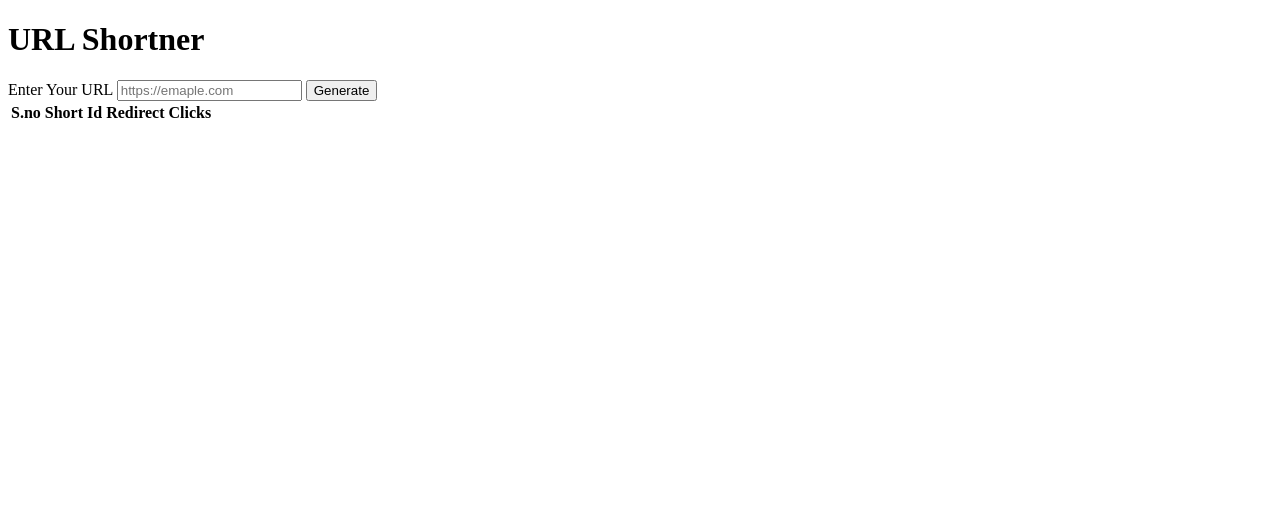
Repository: Mohitkumar1322/URL-Shortner
Page: http://localhost/test
An editor plug-in stored every save of this project. The page is shown before and after the next save, followed by the edit.
The browser window is 1280 px wide. The pictures show the whole page.
The page is served by the project's Node server (index.js). Queries for data that is not in the repository find no rows.

Above is the page before, as saved 2024-07-14 22:27:07.

After the next save:
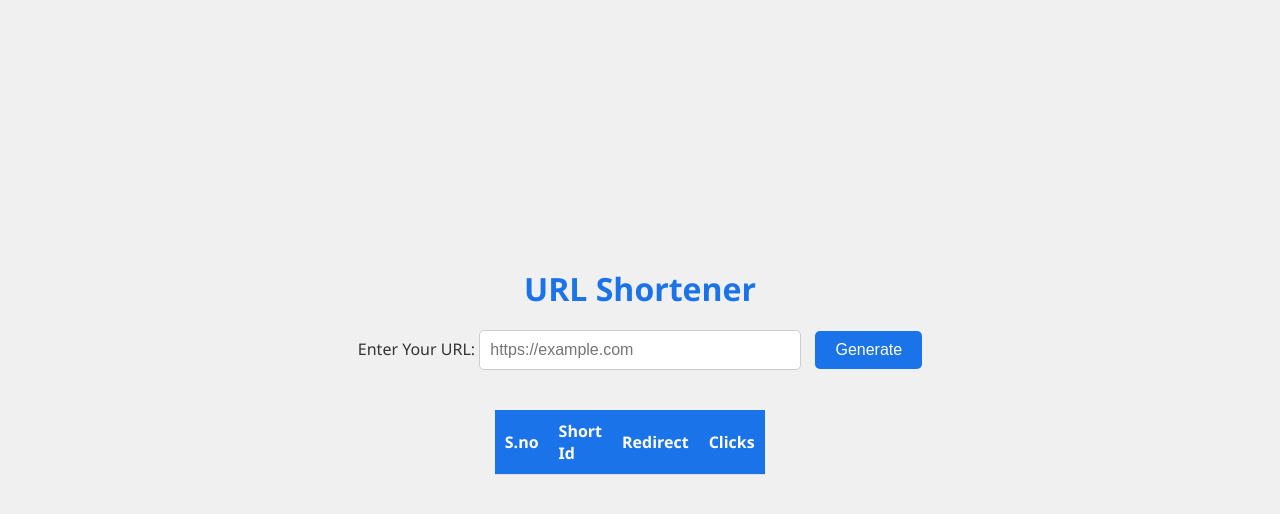
Saved 4 min 37 s later.
--- a/views/home.ejs
+++ b/views/home.ejs
@@ -1,64 +1,111 @@
 <!DOCTYPE html>
 <html lang="en">
 <head>
+    <meta charset="UTF-8">
+    <meta name="viewport" content="width=device-width, initial-scale=1.0">
+    <title>URL Shortener</title>
     <style>
-        body{
-            font-family: 'Segoe UI', Tahoma, Geneva, Verdana, sans-serif,
+        body {
+            font-family: 'Segoe UI', Tahoma, Geneva, Verdana, sans-serif;
+            background-color: #f0f0f0; /* Light grey background */
+            color: #333; /* Dark grey text */
+            margin: 0;
+            padding: 0;
+            display: flex;
+            flex-direction: column;
+            align-items: center;
+            justify-content: center;
+            height: 100vh;
+        }
 
+        h1 {
+            margin-bottom: 20px;
+            color: #1a73e8; /* Google Blue */
+        }
+
+        form {
+            margin-bottom: 20px;
+        }
+
+        input[type="text"] {
+            padding: 10px;
+            font-size: 16px;
+            border: 1px solid #ccc;
+            border-radius: 5px;
+            width: 300px;
+            margin-right: 10px;
+        }
+
+        button {
+            padding: 10px 20px;
+            font-size: 16px;
+            background-color: #1a73e8; /* Google Blue */
+            color: white;
+            border: none;
+            border-radius: 5px;
+            cursor: pointer;
+        }
+
+        table {
+            width: 80%;
+            border-collapse: collapse;
+            margin-top: 20px;
+        }
+
+        th, td {
+            padding: 10px;
+            text-align: left;
+            border-bottom: 1px solid #ddd;
+        }
+
+        th {
+            background-color: #1a73e8; /* Google Blue */
+            color: white;
+        }
+
+        tr:nth-child(even) {
+            background-color: #f2f2f2; /* Light grey background for even rows */
         }
     </style>
-    <meta charset="UTF-8">
-    <meta name="viewport" content="width=device-width, initial-scale=1.0">
-    <title>Document</title>
 </head>
 <body>
+    <h1>URL Shortener</h1>
 
-    <h1>
-       URL Shortner
-    </h1>
-    <% if(locals.id){ %>
-        <p>URL Generated : http://localhost:8001/url/<%= id %></p>
+    <% if (locals.id) { %>
+        <p>URL Generated: <a href="http://localhost:8001/url/<%= id %>">http://localhost:8001/url/<%= id %></a></p>
     <% } %>
 
-
     <div>
-        <form method ="POST" action ="/url">
-            <label>
-                Enter Your URL
-            </label>
-            <input type="text"name="url" placeholder="https://emaple.com"/>
+        <form method="POST" action="/url">
+            <label for="urlInput">Enter Your URL:</label>
+            <input type="text" id="urlInput" name="url" placeholder="https://example.com">
             <button type="submit">Generate</button>
         </form>
     </div>
+
     <div>
         <% if (locals.urls) { %>
             <table>
                 <thead>
-                    <th>
-                        S.no
-                    </th>
-                    <th>
-                        Short Id
-                    </th>
-                    <th> Redirect</th>
-                    <th>Clicks</th>
-
+                    <tr>
+                        <th>S.no</th>
+                        <th>Short Id</th>
+                        <th>Redirect</th>
+                        <th>Clicks</th>
+                    </tr>
                 </thead>
                 <tbody>
-                    <% urls.forEach((url,index)=>{ %>
-                    <tr>
-                        <td><%= index+1 %></td>
-                        <td><%= url.shortId %></td>
-                        <td><%= url.redirectURL %></td>
-                        <td><%= url.visitHistory.length %></td>
-                    </tr>
-                    <% }) %>
+                    <% urls.forEach((url, index) => { %>
+                        <tr>
+                            <td><%= index + 1 %></td>
+                            <td><%= url.shortId %></td>
+                            <td><%= url.redirectURL %></td>
+                            <td><%= url.visitHistory.length %></td>
+                        </tr>
+                    <% }); %>
                 </tbody>
             </table>
-
         <% } %>
     </div>
-
-
 </body>
 </html>
